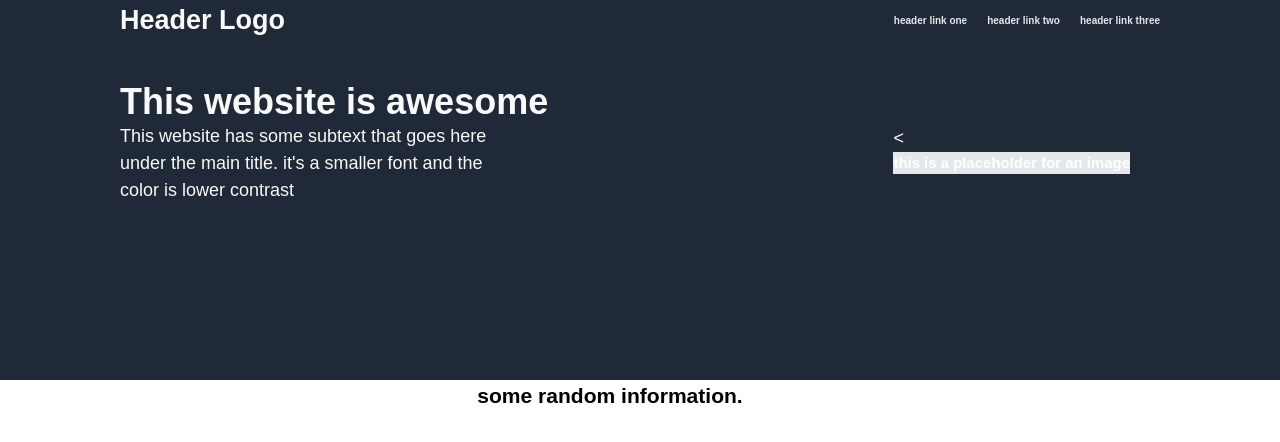
Repository: Grace561/css-exercises
Page: index.html
An editor plug-in stored every save of this project. The page is shown before and after a run of saves, followed by the edit.
The browser window is 1280 px wide. The pictures show the whole page.

Above is the page before, as saved 2025-04-18 02:44:19.

### index.html
<!DOCTYPE html>
<html lang="en">
<head>
    <meta charset="UTF-8">
    <meta name="viewport" content="width=device-width, initial-scale=1.0">
    <link rel="stylesheet" href="style.css">
    <title>Landing-Page</title>
</head>
<body>
   <nav class="navbar">
    <div class="container">
        <div class="Logo"><h2>Header Logo</h2></div>
        <ul class="nav">
           <li>
            <a href="#"><h4>header link one</h4></a>
           </li>
           <li>
            <a href="#"><h4>header link two</h4></a>
           </li>
           <li>
            <a href="#"><h4>header link three</h4></a>
           </li>
        </ul>
    </div>
   </nav>

   <header class="header">
    <div class="container">
        <div>
            <h1>This website is awesome</h1>
            <p>
                This website has some subtext that goes here under the
                main title. it's a smaller font and the color is lower
                contrast
            </p>
        </div>
        <div class="box">
            <div class="container">
                <
        </div>
        <div class="boxes">
           <div class="container">
                <div class="box">
            <h5>this is a placeholder for an image</h5>
        </div>
   </header>
   <section class="boxes">
    <div class="container">
        <div class="box">
          <h3>some random information.</h3>
        </div>
    <div class="box">
        <div class="container">
            <div class="box">


    </div>
    </div>
   </section>
</body>
</html>

### style.css
*{
    box-sizing: border-box;
    margin: 0;
    padding: 0;
}

body{
    font-family: 'poppins',sans-serif;
    font-size: 18px;
    line-height: 1.5;
    color: #000;
    background:#ffff;
}
p{
    margin-bottom: 15px;
}

ul{
    list-style: none;
}

.container{
    max-width: 1100px;
    margin: 0 auto;
    padding: 0 30px;
}
.navbar{
    background:#1f2937;
    color:#f9faf8;
    height: 80px;
}
h3.Logo{
    font-size: 24px;
    font-weight:bold;

}

a{
    color:#e5e7eb;
    text-decoration: none;
    font-size: x-small;

}
.container{
    display: flex;
    justify-content: space-between;
    align-items: center;

}

ul{
    display: flex
}
ul li {
    margin-left: 20px;
}
.header{
    background-color:#1f2937;
    color:#f9faf8;
    min-height: 300px;
}

.header h1{
    font: weight 3rem;
    font-weight: 900;
    line-height: 1.2;
}

.header p{
    max-width: 400px;
}
.container{
    display: flex;
    align-items:center;
    justify-content: space-between;
}
.box.container{
    display: flex;
    justify-content: space-between;
}
.box h5{
    flex: 1;
    background:#e5e7eb;
    color:#ffff;


}
.boxes .container{
    display: flex;
    font-weight: 900;
    justify-content: center;

}

After the next 2 saves:
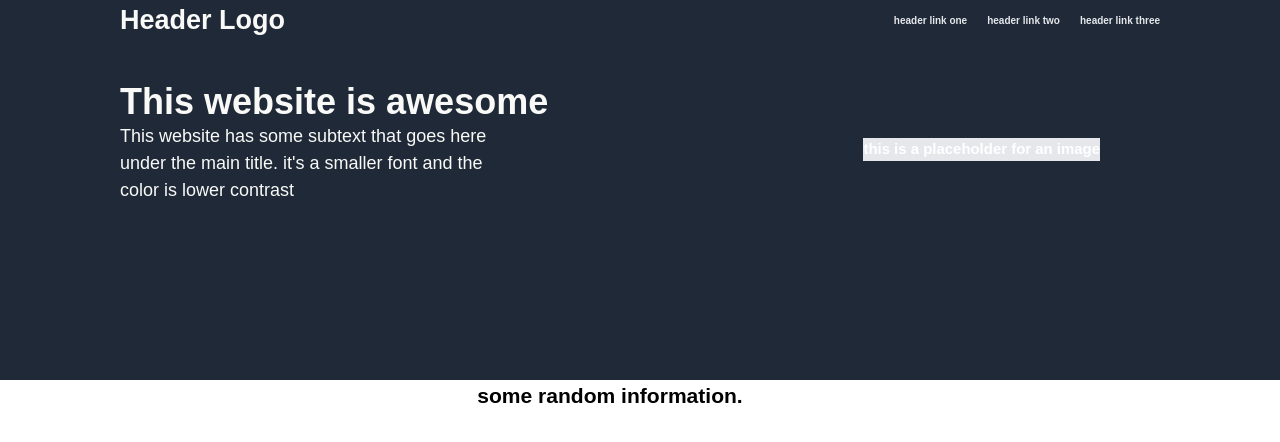
The 2 saves are shown as one change because they came seconds apart.
The last was saved 16 s later.
--- a/index.html
+++ b/index.html
@@ -36,7 +36,7 @@
         </div>
         <div class="box">
             <div class="container">
-                <
+                <div
         </div>
         <div class="boxes">
            <div class="container">
